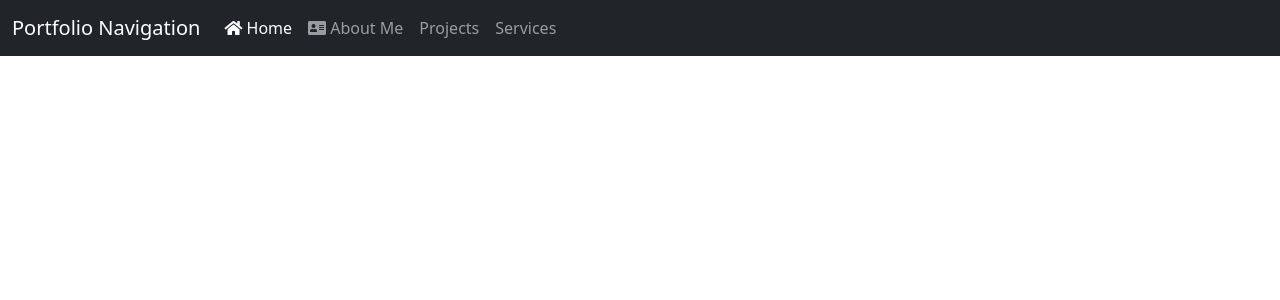
Repository: GarlicButterBoy/Portfolio
Page: index.html
An editor plug-in stored every save of this project. The page is shown before and after the next save, followed by the edit.
The browser window is 1280 px wide. The pictures show the whole page.

Above is the page before, as saved 2021-05-31 11:37:44.

### index.html
<!DOCTYPE html>
<html lang="en">
<head>
    <meta charset="UTF-8">
    <meta http-equiv="X-UA-Compatible" content="IE=edge">
    <meta name="viewport" content="width=device-width, initial-scale=1.0">
    <title>Nick Sturch-Flint Portfolio</title>
    <link rel="stylesheet" href="./node_modules/bootstrap/dist/css/bootstrap.min.css">
    <link rel="stylesheet" href="./node_modules/@fortawesome/fontawesome-free/css/all.min.css">
    <link rel="stylesheet" href="./Content/app.css">
</head>
<body>
    <nav class="navbar navbar-expand-lg navbar-dark bg-dark">
        <div class="container-fluid">
          <a class="navbar-brand" href="#">Portfolio Navigation</a>
          <button class="navbar-toggler" type="button" data-bs-toggle="collapse" data-bs-target="#navbarNavAltMarkup" aria-controls="navbarNavAltMarkup" aria-expanded="false" aria-label="Toggle navigation">
            <span class="navbar-toggler-icon"></span>
          </button>
          <div class="collapse navbar-collapse" id="navbarNavAltMarkup">
            <div class="navbar-nav mr-auto">
              <a class="nav-link active" aria-current="page" href="#"><i class="fas fa-home"></i> Home</a>
              <a class="nav-link" href="#"><i class="fas fa-address-card"></i> About Me</a>
              <a class="nav-link" href="#">Projects</a>
              <a class="nav-link" href="#">Services</a>
            </div>
          </div>
        </div>
      </nav>

      <!-- Third Party Libraries -->
      <script src="./node_modules/jquery/dist/jquery.min.js"></script>
      <script src="./node_modules/bootstrap/dist/js/bootstrap.min.js"></script>
    <script src="./Scripts/app.js"></script>
</body>
</html>

### Scripts/app.js
//IIFE - Immediately Invoked Function Expression
// OR - Anonymous Self Executing Function
(function()
{
    function Start()
    {
        console.log("App Started");
    }

    window.addEventListener("load", Start);
})();

Loaded but not shown: node_modules/bootstrap/dist/css/bootstrap.min.css (library); node_modules/@fortawesome/fontawesome-free/css/all.min.css (library); Content/app.css (common file); node_modules/jquery/dist/jquery.min.js (library); node_modules/bootstrap/dist/js/bootstrap.min.js (library)

After the next save:
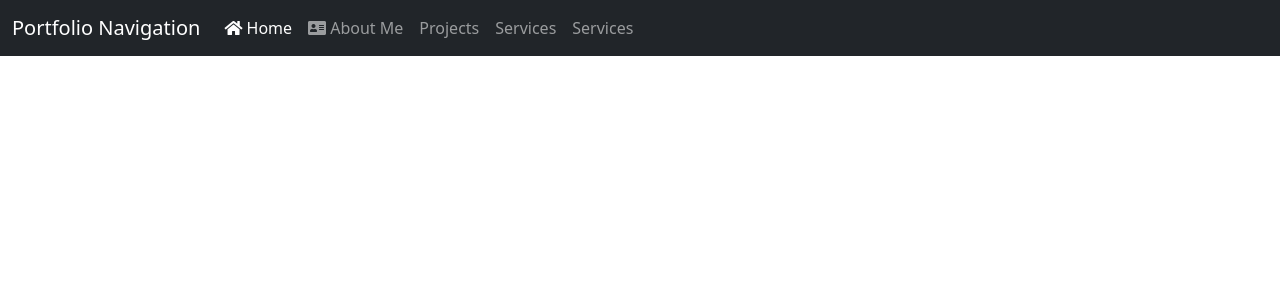
Saved 18 s later.
--- a/index.html
+++ b/index.html
@@ -22,6 +22,7 @@
               <a class="nav-link" href="#"><i class="fas fa-address-card"></i> About Me</a>
               <a class="nav-link" href="#">Projects</a>
               <a class="nav-link" href="#">Services</a>
+              <a class="nav-link" href="#">Services</a>
             </div>
           </div>
         </div>
